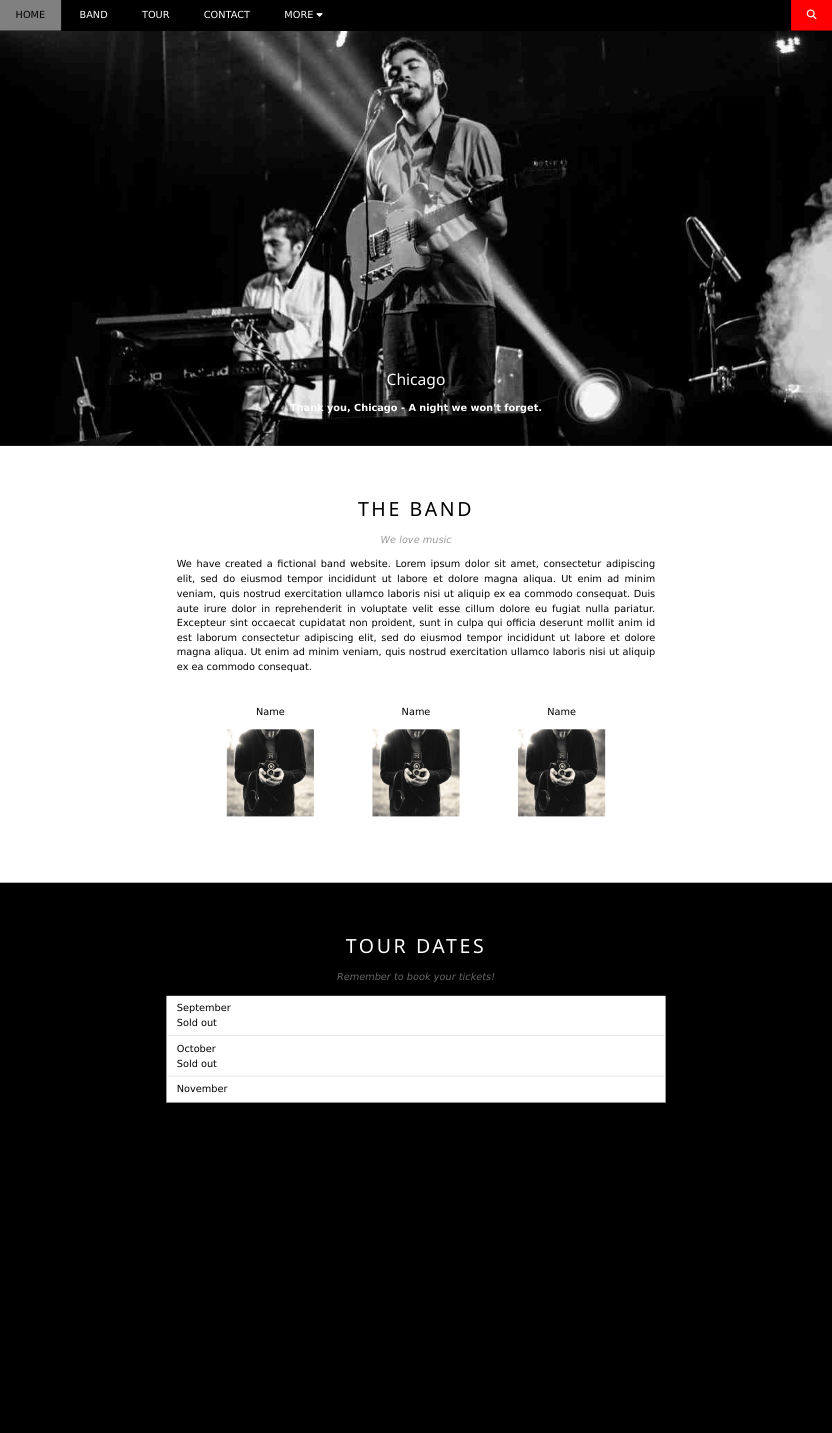
Repository: ngotranphuongbao/theband
Page: index.html
The author's editor kept a copy of each file at every save. The page is drawn from the files as they stood at one save, then again after the next save.
The browser window is 1280 px wide. The pictures show the whole page, at 65% of full size.
Some web libraries are served in a nearby version.

Above is the page before, as saved 2022-12-22 02:24:59.

### index.html
<!DOCTYPE html>
<html lang="en">
<head>
    <meta charset="UTF-8">
    <meta http-equiv="X-UA-Compatible" content="IE=edge">
    <meta name="viewport" content="width=device-width, initial-scale=1.0">
    <title>Document</title>
    <link rel="stylesheet" href="./assets/css/style.css">
    <script src="https://kit.fontawesome.com/55a0c61423.js" crossorigin="anonymous"></script>
    <link rel="stylesheet" href="./assets/themify-icons/themify-icons.css">
    <link rel="stylesheet" href="https://www.w3schools.com/w3css/4/w3.css">
</head>
<body>
    <div id="main">
        <div id="header">
            <ul id="nav">
                <li><a href="">Home</a></li>
                <li><a href="">Band</a></li>
                <li><a href="">Tour</a></li>
                <li><a href="">Contact</a></li>
                <li>
                    <a href="">
                        More
                        <i class="fa fa-caret-down"></i>
                    </a>
                    <ul id="subnav">
                        <li><a href="">Merchandise</a></li>
                        <li><a href="">Extras</a></li>
                        <li><a href="">Media</a></li>
                    </ul>
                </li>
            </ul>
            <div id="search">
                <i class="fa fa-search"></i>
            </div>
        </div>

        <div id="slider">
            <div id="slider-caption">
                <h3>Chicago</h3>
                <p><b>Thank you, Chicago - A night we won't forget.</b></p>
            </div>

        </div>

        <div id="content">
            <div id="the-band">
                <div id="the-band-main">
                    <h2 class="content-title">The Band</h2>
                    <p class="content-subtitle">We love music</p>
                    <p id="describe">We have created a fictional band website. Lorem ipsum dolor sit amet, consectetur adipiscing elit, sed do eiusmod tempor incididunt ut labore et dolore magna aliqua. Ut enim ad minim veniam, quis nostrud exercitation ullamco laboris nisi ut aliquip ex ea commodo consequat. Duis aute irure dolor in reprehenderit in voluptate velit esse cillum dolore eu fugiat nulla pariatur. Excepteur sint occaecat cupidatat non proident, sunt in culpa qui officia deserunt mollit anim id est laborum consectetur adipiscing elit, sed do eiusmod tempor incididunt ut labore et dolore magna aliqua. Ut enim ad minim veniam, quis nostrud exercitation ullamco laboris nisi ut aliquip ex ea commodo consequat.</p>
                    <div id="member">
                        <div class="member-info">
                            <p class="member-name">Name</p>
                            <img src="/assets/image/member/bandmember.jpg" alt="" class="member-photo">
                        </div>

                        <div class="member-info">
                            <p class="member-name">Name</p>
                            <img src="/assets/image/member/bandmember.jpg" alt="" class="member-photo">
                        </div>

                        <div class="member-info">
                            <p class="member-name">Name</p>
                            <img src="/assets/image/member/bandmember.jpg" alt="" class="member-photo">
                        </div>
                    </div>
                </div>
            </div>

            <div id="tour-dates">
                <div id="tour-dates-main">
                    <h2 class="content-title">Tour Dates</h2>
                    <p class="content-subtitle">Remember to book your tickets!</p>
                    <ul id="booking">
                        <li>
                            September
                            <div class="sold-out">Sold out</div>
                        </li>
                        <li>
                            October
                            <div class="sold-out">Sold out</div>
                        </li>
                        <li>November</li>
                    </ul>

                </div>

            </div>

            <div id="contact">



            </div>

            <div id="picture">

            </div>

        </div>

        <div id="footer">

        </div>
    </div>

</body>
</html>

### assets/css/style.css
* {
    padding: 0px;
    margin: 0px;
    box-sizing: border-box;
}

html {
    font-family: Arial, Helvetica, sans-serif;
}

#main {

}

#header {
    height: 46.5px;
    background-color: black;
    position: fixed;
    top: 0px;
    left: 0px;
    right: 0px;
    z-index: 1;
}

#nav {
    display: inline-block;
}
#nav > li {
    display: inline-block;
    padding: 12px 24px;
    position: relative;
}

#nav > li > a {
    line-height: 22.5px;
    text-decoration: none;
    text-transform: uppercase;
    color: white;
}

#nav > li:hover {
    background-color: grey;
}

#nav > li:hover > a {
    color: black;
}

#subnav {
    display: none;
    position: absolute;
    top: 45px;
    left: 0px;
    box-shadow: 0px 0px 10px rgba(0, 0, 0, 0.3);
    background-color: white;
}

#subnav > li {
    display: block;
    width: 160px;
    height: 38.5px;
    padding: 8px 16px;
}

#subnav > li:hover {
    background-color: grey;
}

#nav > li:hover > #subnav {
    display: block;
}

#subnav > li > a {
    text-decoration: none;
    color: black;
}

.fa-caret-down {
    width: 8.575px;
    height: 15px;
}

#search {
    float: right;
    padding: 12px 24px;
    background-color: red;
    cursor: pointer;
}

.fa-search {
    line-height: 22.5px;
    color: white;
}
#slider {
    margin-top: 45.6px;
    padding-top: 50%;
    background: url(/assets/image/slider/chicago.jpg) top center / cover no-repeat;
    position: relative;
}

#slider-caption {
    position: absolute;
    bottom: 32px;
    width: 100%;
    text-align: center;
}

#slider-caption > p {
    margin: 15px;
    color: white;
}

#slider-caption > h3 {
    margin-bottom: 10px;
    color: white;
    font-weight: 400;
    font-size: 24px;
}


#content {

}

#the-band {
    height: 672px;
}

#the-band-main {
    width: 768px;
    height: 100%;
    padding: 64px 16px;
    margin: auto;
}

.content-title {
    text-align: center;
    margin: 10px;
    text-transform: uppercase;
    letter-spacing: 4px;
    font-weight: 400;
}

.content-subtitle {
    text-align: center;
    margin: 15px;
    font-style: italic;
    opacity: 0.4;
}

#describe {
    text-align: justify;
    margin-bottom: 15px;

}

#member {
    height: 286px;
    text-align: center;
    margin: 32px;
}

.member-info {
    display: inline-block;
    width: calc(100%/3);
    float: left;
}

.member-photo {
    width: 60%;
    margin-bottom: 16px;
}

.member-name {
    margin: 15px;
}

#tour-dates {
    height: 846px;
    background-color: black;
}

#tour-dates-main {
    width: 800px;
    height: 100%;
    margin: auto;
    padding: 64px 16px;
}

#tour-dates-main .content-title {
    color: white;
}

#tour-dates-main .content-subtitle {
    color: white;
}

#booking {
    margin-top: 18.4px;
    background-color: white;
}

#booking > li {
    display: block;
    padding: 8px 16px;
    border-bottom: 1px solid #ddd;
}
#footer {

}

Loaded but not shown: assets/themify-icons/themify-icons.css (common file)

After the next save:
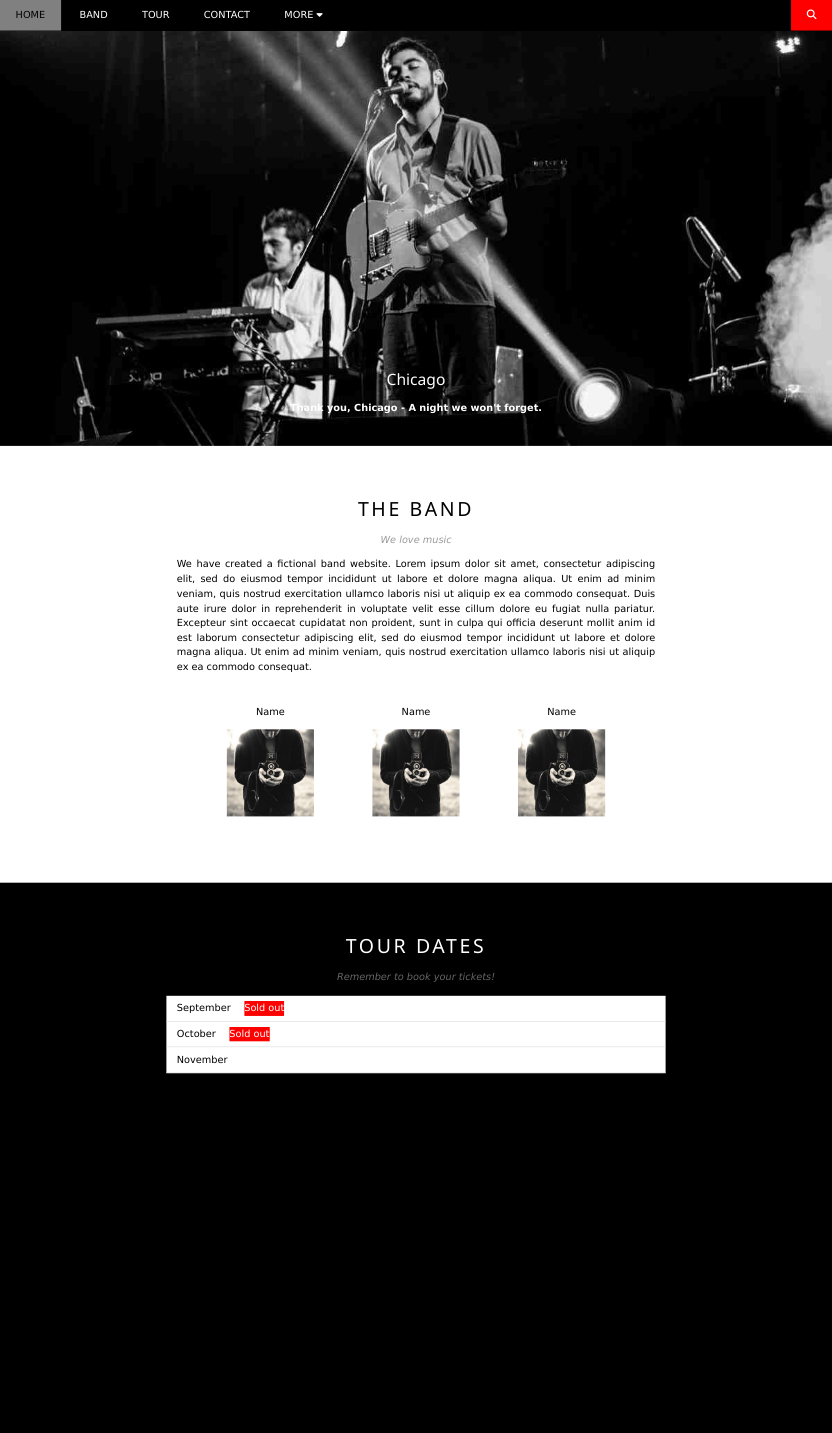
Saved 87 s later.
--- a/assets/css/style.css
+++ b/assets/css/style.css
@@ -205,6 +205,13 @@
     padding: 8px 16px;
     border-bottom: 1px solid #ddd;
 }
+
+.sold-out {
+    display: inline-block;
+    background-color: red;
+    color: white;
+    margin-left: 16px;
+}
 #footer {
 
 }
